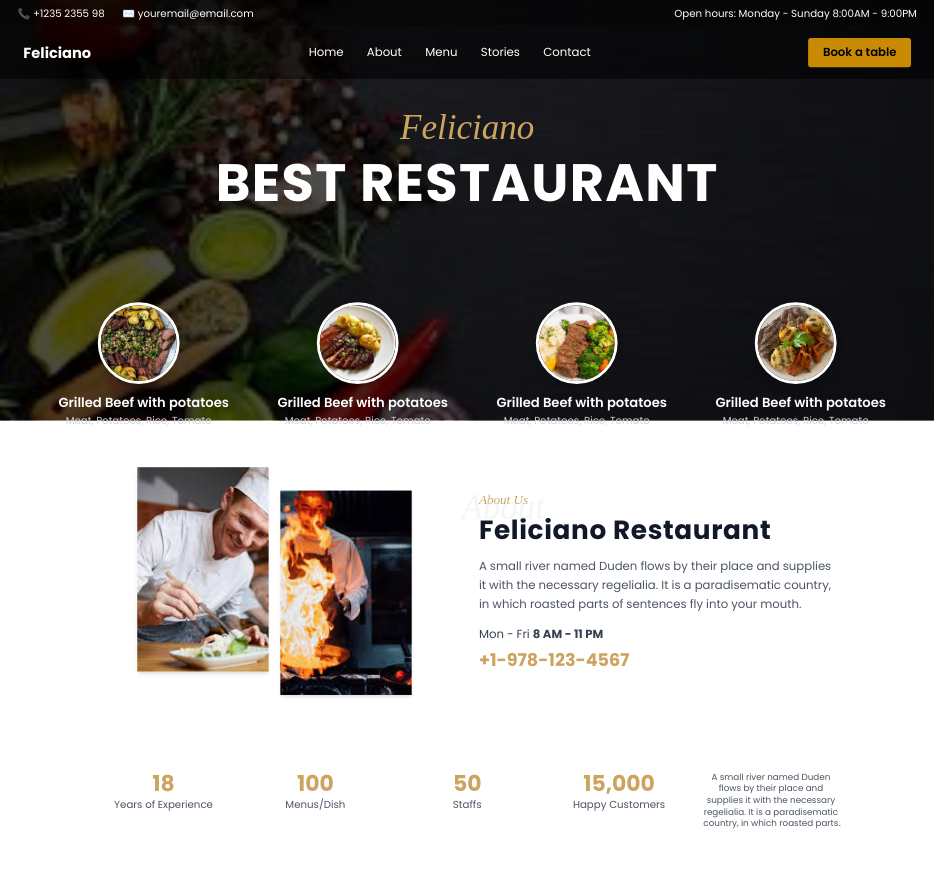
Repository: Purniagithub/Benttacproject
Page: /
The author's editor kept a copy of each file at every save. The page is drawn from the files as they stood at one save, then again after the next save.
The browser window is 1280 px wide. The pictures show the whole page, at 73% of full size.
Some web fonts or font styles are not loaded; a fallback is used. The project was rebuilt for these pictures with package versions that can differ from the ones it lists, and the page was loaded fresh each time. Also part of the build but not shown: vite.config.js.

Above is the page before, as saved 2025-08-21 17:43:28.

After the next save:
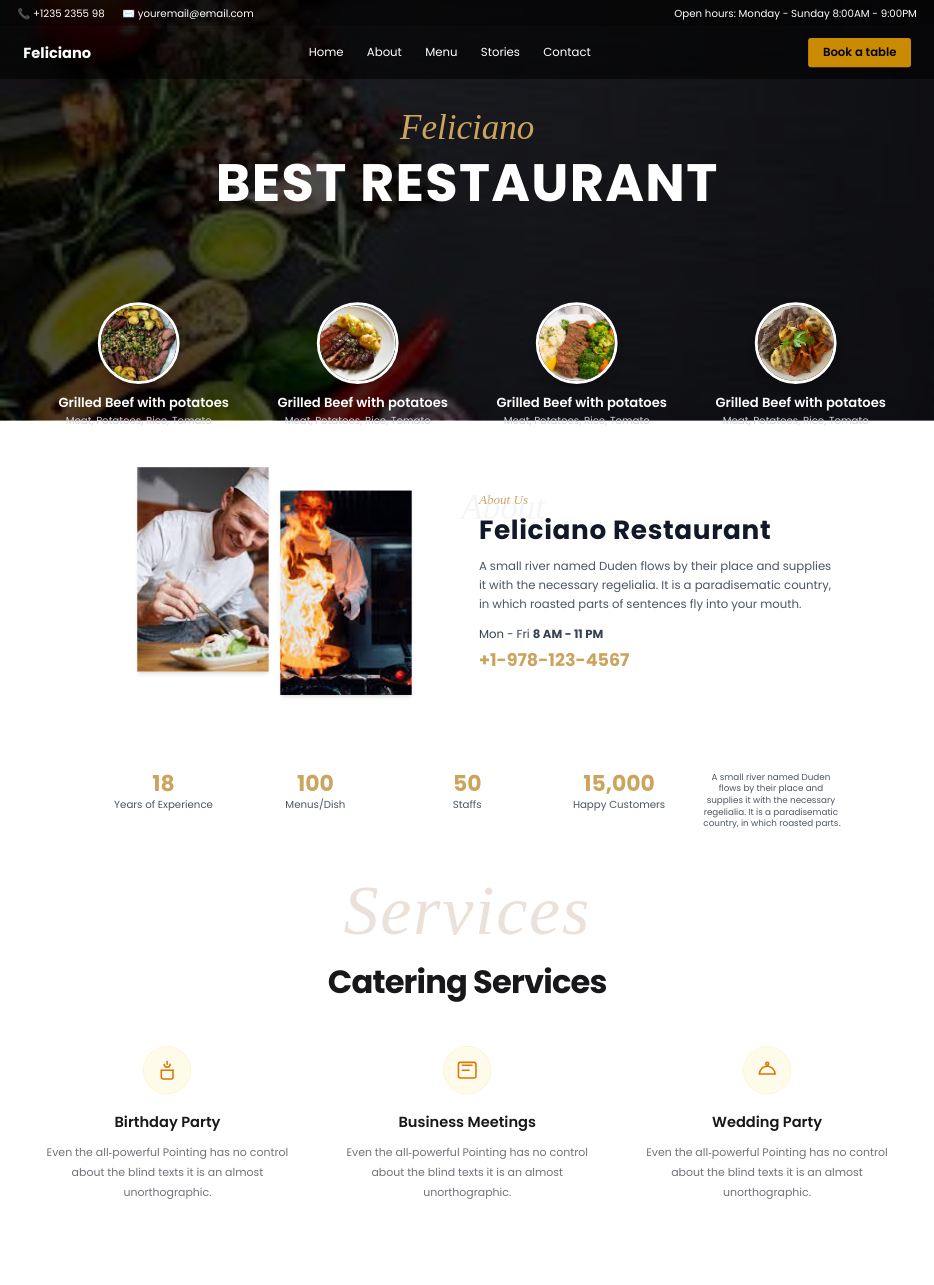
Saved 49 s later.
--- a/src/components/Hero.jsx
+++ b/src/components/Hero.jsx
@@ -1,5 +1,6 @@
 import React from "react";
 import AboutSection from "../components/AboutSection";
+import CateringServices from "./CateringServices";
 
 const dishes = [
   { id: 1, name: "Grilled Beef with potatoes", desc: "Meat, Potatoes, Rice, Tomato", img: "/dish-1.jpeg" },
@@ -47,6 +48,7 @@ const Hero = () => {
     </section>
      {/* Other sections */}
      <AboutSection />
+     <CateringServices />
 </>
   );
 };
